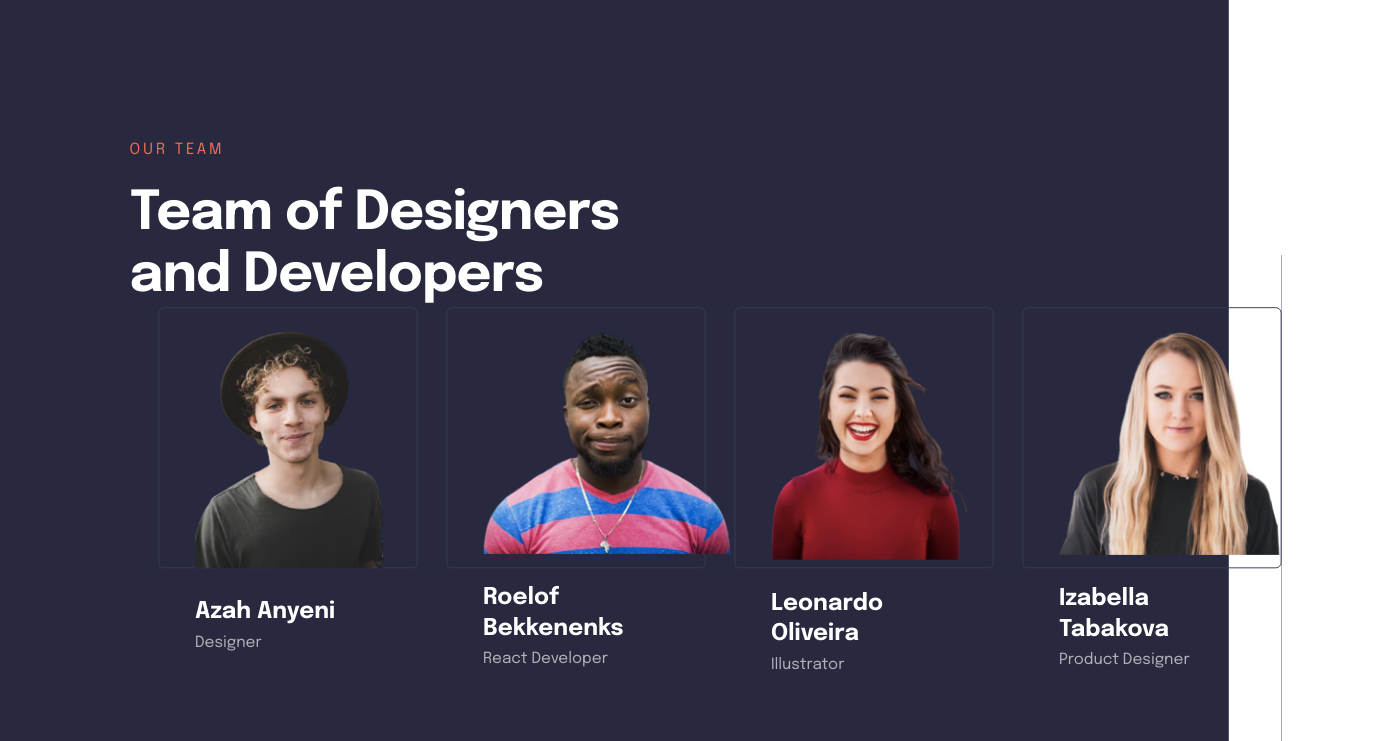
Repository: FaridRustamov09/task13
Page: index.html
The author's editor kept a copy of each file at every save. The page is drawn from the files as they stood at one save, then again after a run of saves.
The browser window is 1280 px wide. The page is 1335 px wide, then 1449 px, so the pictures cover 1449 px, including what lies to the right of the window. The pictures show the whole page, at 96% of full size.

Above is the page before, as saved 2023-11-27 18:58:38.

After the next 2 saves:
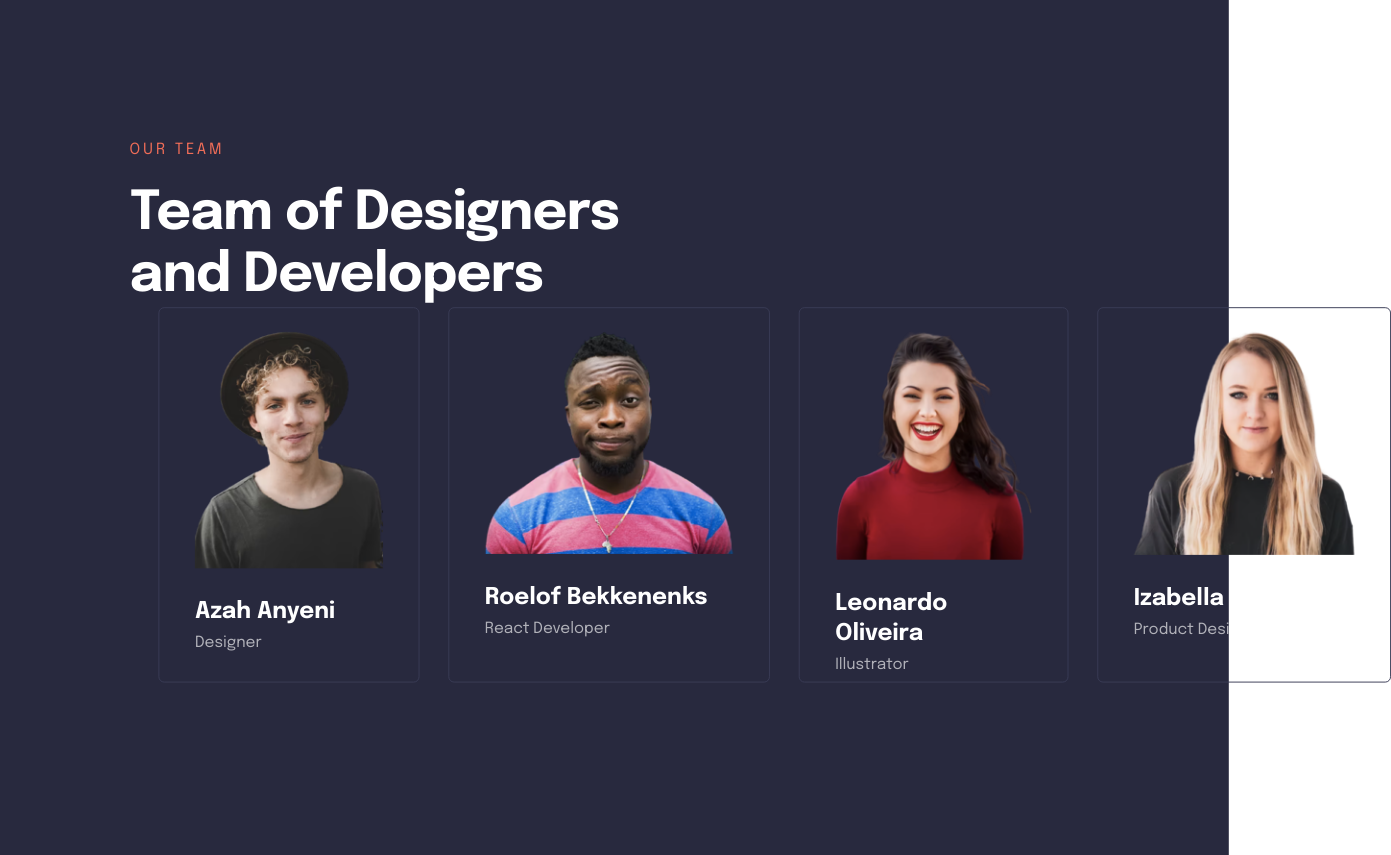
The 2 saves are shown as one change because they came seconds apart.
The last was saved 6 s later.
--- a/index.css
+++ b/index.css
@@ -37,11 +37,10 @@
 .box {
   margin-left: 30px;
   padding: 24px 37px 1px 37px;
-  width: 270px;
-  height: 272px;
   border-radius: 6px;
   border: 1px solid #3a3c56;
 }
+
 
 .box-container .box h3 {
   padding-top: 26px;
